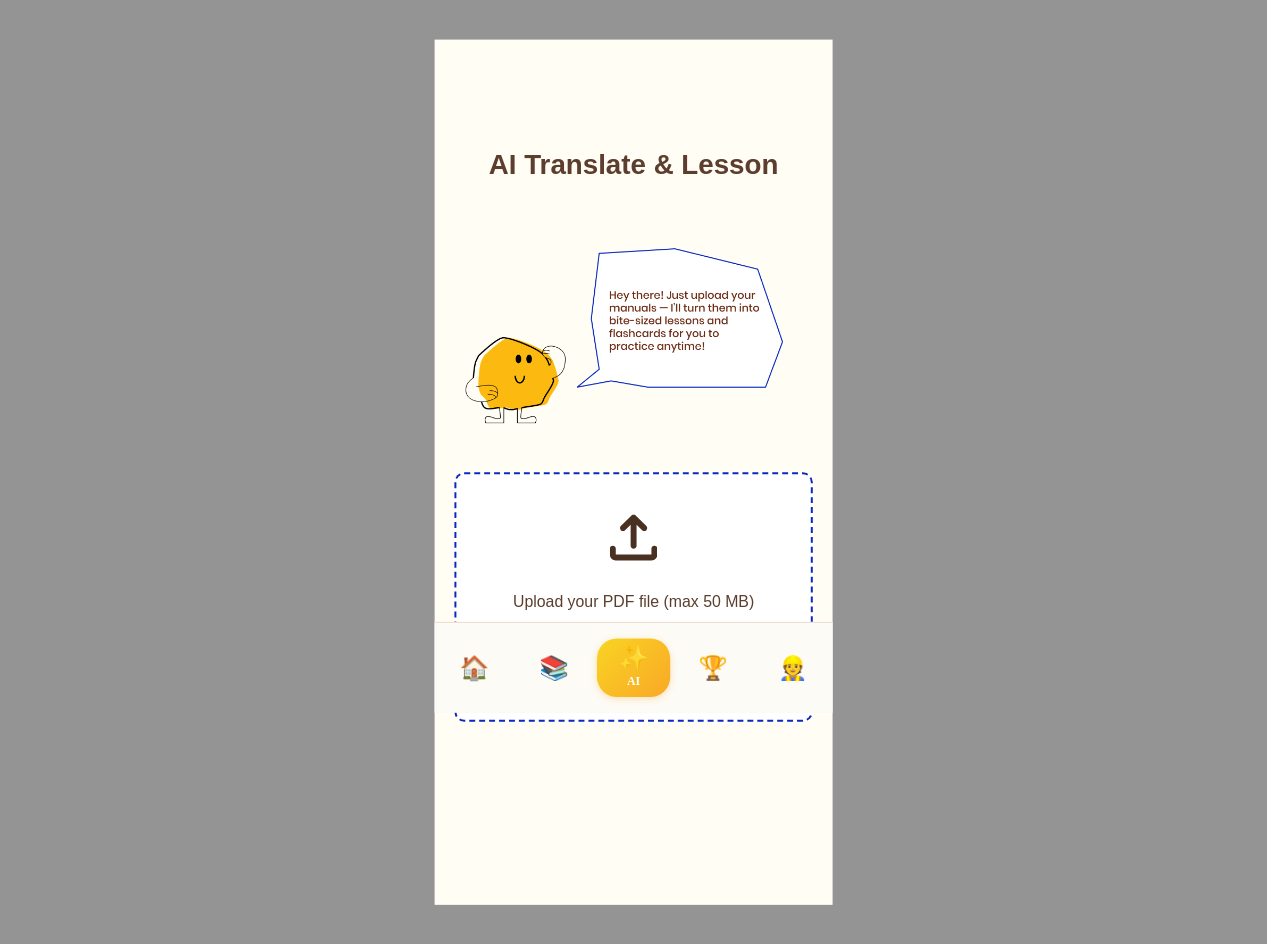
Repository: richelletiongson/Jargon_FrontendShowcase
Page: / (app in jargon_frontend/)
The author's editor kept a copy of each file at every save. The page is drawn from the files as they stood at one save, then again after the next save.
The browser window is 1280 px wide. The pictures show the whole page, at 99% of full size.
The project was rebuilt for these pictures with package versions that can differ from the ones it lists, and the page was loaded fresh each time. Also part of the build but not shown: jargon_frontend/vite.config.js, jargon_frontend/src/index.css, jargon_frontend/src/home_pages/Home.jsx, jargon_frontend/src/course_pages/Course.jsx, jargon_frontend/src/charts_pages/Charts.jsx, jargon_frontend/src/profile_pages/Profile.jsx.

Above is the page before, as saved 2025-10-22 17:16:32.

After the next save:
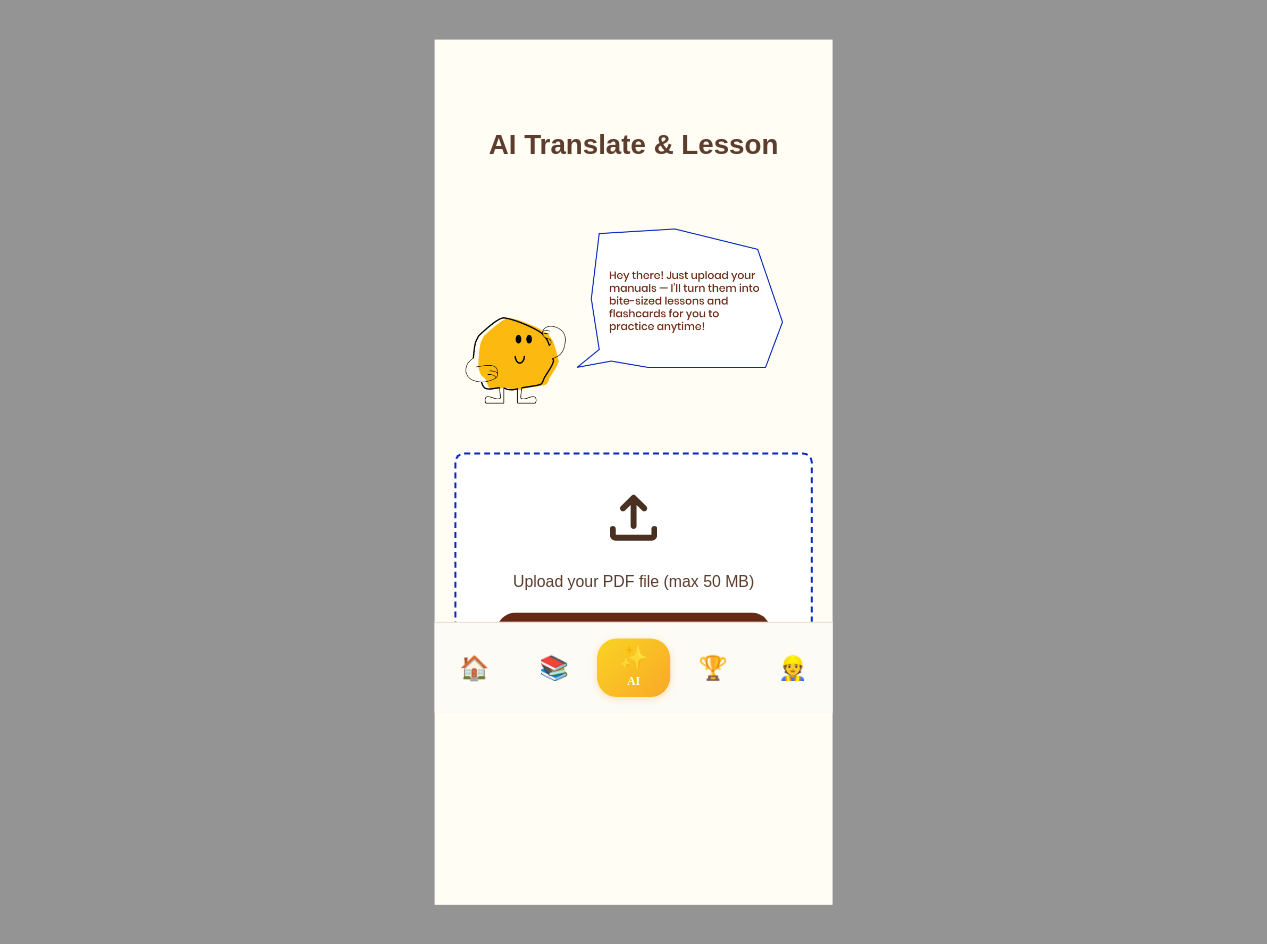
Saved 11 s later.
--- a/jargon_frontend/src/ai_pages/AI.css
+++ b/jargon_frontend/src/ai_pages/AI.css
@@ -10,7 +10,7 @@
 
 /* Main Content */
 
-div.main-content-container {
+div.main-content{
   margin-top: 0;
   padding-top: 0;
 }

After the save that followed:
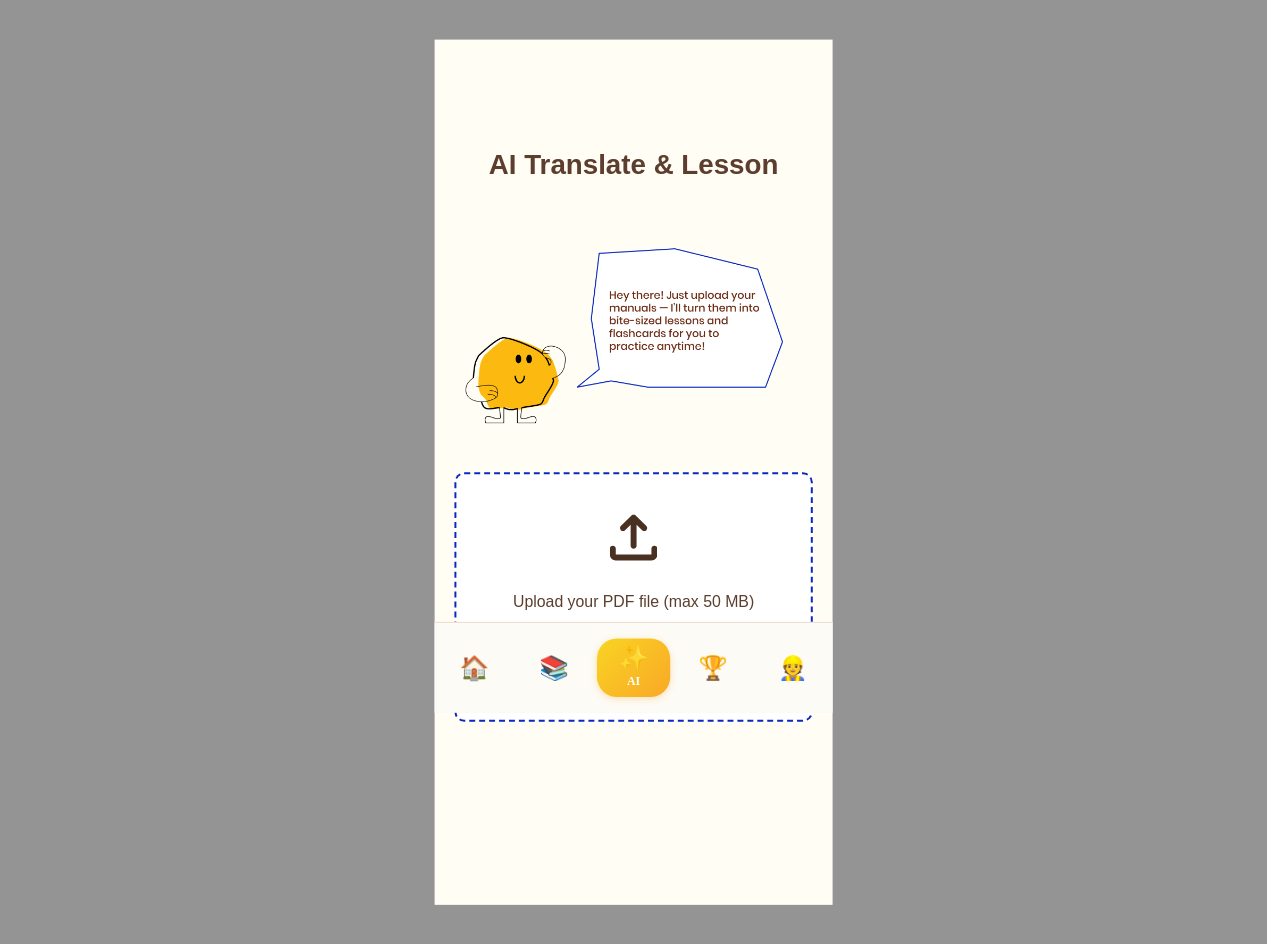
Saved 41 s later.
--- a/jargon_frontend/src/ai_pages/AI.css
+++ b/jargon_frontend/src/ai_pages/AI.css
@@ -10,15 +10,9 @@
 
 /* Main Content */
 
-div.main-content{
-  margin-top: 0;
-  padding-top: 0;
-}
-
 .main-content {
   flex: 1;
-  margin-top: 0;
-  padding-top: 0;
+  top: 0;
   display: flex;
   flex-direction: column;
   align-items: center;
